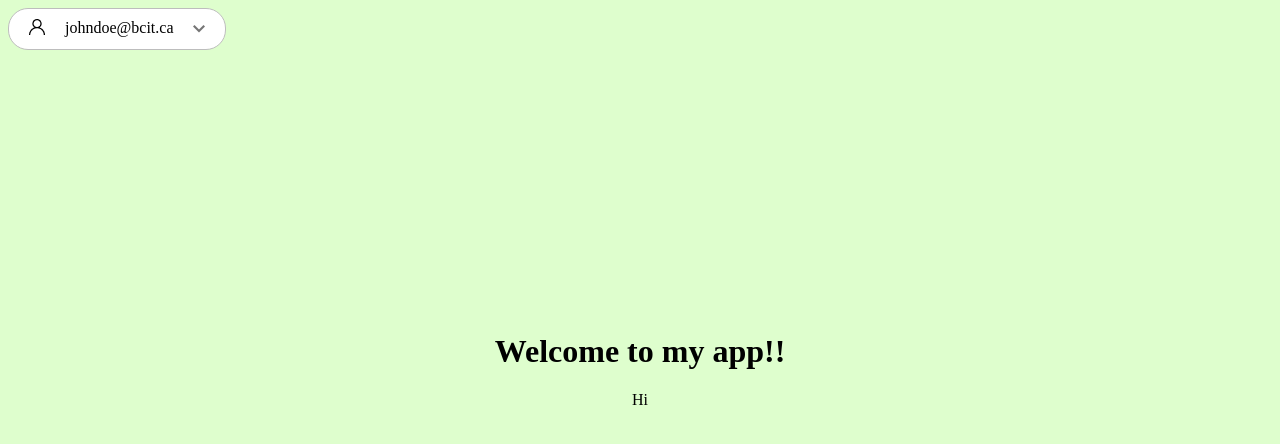
Repository: kerudai/mdiat3126nextapp
Page: /
The author's editor kept a copy of each file at every save. The page is drawn from the files as they stood at one save, then again after the next save.
The browser window is 1280 px wide. The pictures show the whole page.
The project was rebuilt for these pictures with package versions that can differ from the ones it lists, and the page was loaded fresh each time. The framework's server and built-in components were replaced by stand-ins that run in the browser.

Above is the page before, as saved 2020-09-30 00:10:20.

After the next save:
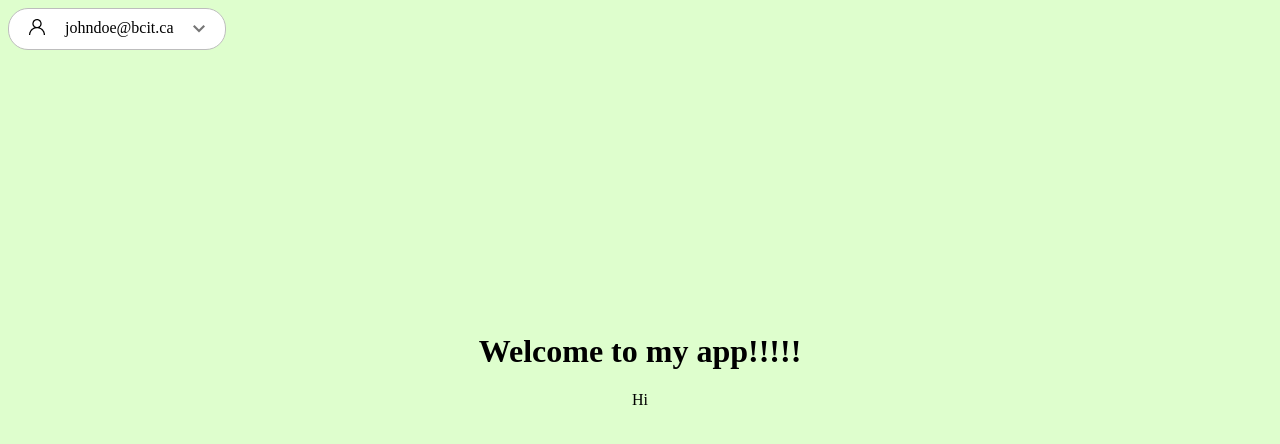
Saved 15 s later.
--- a/pages/index.js
+++ b/pages/index.js
@@ -6,7 +6,7 @@ export default function Home() {
   const [contentColor, setContentColor] = useState(false);
   const [contentImage, setContentImage] = useState(false);
   const [contentTxtColor, setContentTxtColor] = useState(false);
-  const [contentH1Txt, setContentH1Txt] = useState("Welcome to my app!!");
+  const [contentH1Txt, setContentH1Txt] = useState("Welcome to my app!!!!!");
 
   const HandleMenu = (str) => {
     //capture what happened in the menu and change the page state based on it
